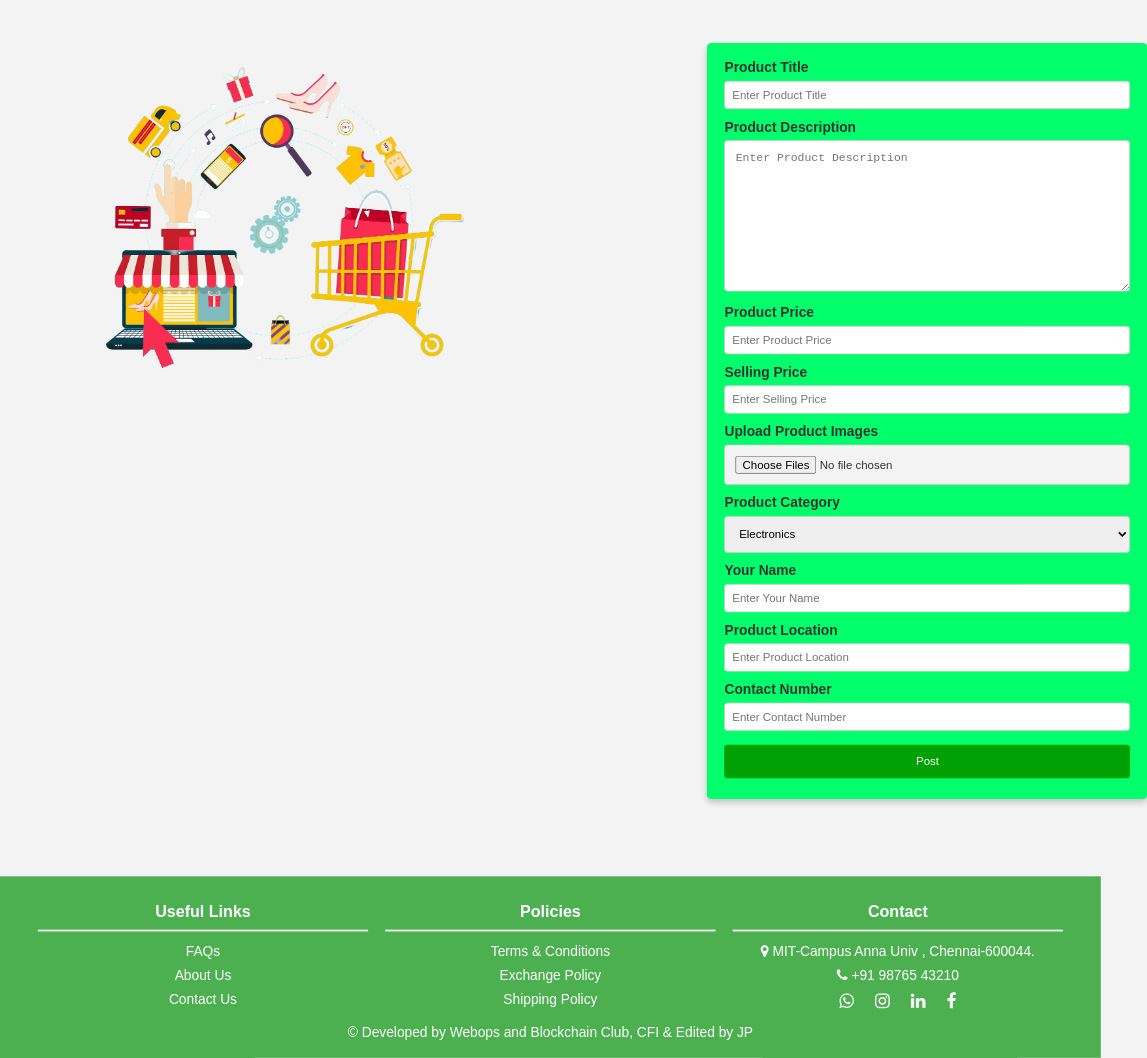
Repository: John-Prabu-A/web-dev-summer-school
Page: Session_1_Assignment/sell.html
These files come from the project's save history. The page is drawn as it stood at one moment and after the next save; the edit follows.
The browser window is 1280 px wide. The page is 1334 px wide, then 1280 px, so the pictures cover 1334 px, including what lies to the right of the window. The pictures show the whole page, at 86% of full size.

Above is the page before, as saved 2024-06-20 15:39:03.

### Session_1_Assignment/sell.html
<!DOCTYPE html>
<html lang="en">

<head>
    <meta charset="UTF-8">
    <meta name="viewport" content="width=device-width, initial-scale=1.0">
    <title>InstiOLX</title>
    <link rel="stylesheet" href="Styles.css">
    <link rel="stylesheet" href="https://cdnjs.cloudflare.com/ajax/libs/font-awesome/4.7.0/css/font-awesome.min.css">

    <style>
        body {
            font-family: Arial, Helvetica, sans-serif;
            background-color: #f3f3f3;
        }

        img {
            display:inline-block;
            position: relative;
            padding: 16px;
            bottom: 30dvw;
            width: 50dvw;
            height: auto;
            z-index: -1;
        }

        .container {
            display:inline-block;
            position: relative;
            padding: 16px;
            background-color: white;
            left: 10dvw;
            margin: 50px;
            width: 40%;
            border-radius: 10px;
            box-shadow: 0 4px 8px 0 rgba(0, 0, 0, 0.2);
        }

        input[type=text],
        select,
        textarea {
            width: 100%;
            padding: 8px;
            border: 1px solid #ccc;
            border-radius: 4px;
            box-sizing: border-box;
            margin-top: 6px;
            margin-bottom: 12px;
            resize: vertical;
        }

        button {
            background-color: #00a105;
            color: white;
            padding: 12px 20px;
            margin: 4px 0;
            border: none;
            border-radius: 4px;
            cursor: pointer;
            width: 100%;
        }

        button:hover {
            background-color: #007506;
        }

        .container {
            border-radius: 5px;
            background-color: #00ff6a;
            padding: 20px;
        }

        .container label {
            font-weight: bold;
        }

        .container select {
            width: 100%;
            padding: 12px;
            border: 1px solid #ccc;
            border-radius: 4px;
            box-sizing: border-box;
            margin-top: 6px;
            margin-bottom: 12px;
            resize: vertical;
        }

        .container textarea {
            width: 100%;
            padding: 12px;
            border: 1px solid #ccc;
            border-radius: 4px;
            box-sizing: border-box;
            margin-top: 6px;
            margin-bottom: 12px;
            resize: vertical;
        }

        .container input[type=file] {
            width: 100%;
            padding: 12px;
            border: 1px solid #ccc;
            background-color: #f3f3f3;
            border-radius: 4px;
            box-sizing: border-box;
            margin-top: 6px;
            margin-bottom: 12px;
            resize: vertical;
        }
    </style>
</head>

<body>
    <img src="/Session_1_Assignment/sell-page-bg.png" alt="sell-page-image">
    <form action="" class="container" method="post">
        <label for="product-title"><b>Product Title</b></label>
        <input type="text" placeholder="Enter Product Title" name="product-title" required>

        <Lable for="product-description"><b>Product Description</b></Lable>
        <textarea name="product-description" id="product-description" cols="30" rows="10"
            placeholder="Enter Product Description" required></textarea>

        <label for="product-price"><b>Product Price</b></label>
        <input type="text" placeholder="Enter Product Price" name="product-price" required>

        <label for="selling-price"><b>Selling Price</b></label>
        <input type="text" placeholder="Enter Selling Price" name="selling-price" required>

        <!-- multiple photo upload -->
        <label for="product-image"><b>Upload Product Images</b></label>
        <input type="file" name="product-image" id="product-image" multiple required>

        <label for="product-category"><b>Product Category</b></label>
        <select name="product-category" id="product-category" required>
            <option value="electronics">Electronics</option>
            <option value="furniture">Furniture</option>
            <option value="vehicles">Vehicles</option>
            <option value="clothing">Clothing</option>
            <option value="books">Books</option>
            <option value="miscellaneous">Miscellaneous</option>
            <option value="other">Other</option>
        </select>

        <label for="seller-name"><b>Your Name</b></label>
        <input type="text" placeholder="Enter Your Name" name="seller-name" required>

        <label for="product-location"><b>Product Location</b></label>
        <input type="text" placeholder="Enter Product Location" name="product-location" required>

        <label for="product-contact"><b>Contact Number</b></label>
        <input type="text" placeholder="Enter Contact Number" name="product-contact" required>

        <button type="submit">Post</button>
    </form>
    <footer class="footer">
        <div class="footer-container">
            <div class="footer-column">
                <h3>Useful Links</h3>
                <ul>
                    <li><a href="#">FAQs</a></li>
                    <li><a href="#">About Us</a></li>
                    <li><a href="#">Contact Us</a></li>
                </ul>
            </div>
            <div class="footer-column">
                <h3>Policies</h3>
                <ul>
                    <li><a href="#">Terms & Conditions</a></li>
                    <li><a href="#">Exchange Policy</a></li>
                    <li><a href="#">Shipping Policy</a></li>
                </ul>
            </div>
            <div class="footer-column">
                <h3>Contact</h3>
                <p><i class="fa fa-map-marker"></i> MIT-Campus Anna Univ , Chennai-600044.</p>
                <p><i class="fa fa-phone"></i> +91 98765 43210</p>
                <div class="social-icons">
                    <a href="#" class="fa fa-whatsapp"></a>
                    <a href="#" class="fa fa-instagram"></a>
                    <a href="#" class="fa fa-linkedin"></a>
                    <a href="#" class="fa fa-facebook"></a>
                </div>
            </div>
            © Developed by Webops and Blockchain Club, CFI & Edited by JP
        </div>
    </footer>
</body>

</html>

### Session_1_Assignment/Styles.css
* {
    box-sizing: border-box;
    margin: 0;
    padding: 0;
}

body {
    font-family: 'Gill Sans', 'Gill Sans MT', Calibri, 'Trebuchet MS', sans-serif;
    background-color: white;
    color: #333;
}

header{
    background-color: #4CAF50;
    color: white;
    padding: 20px;
    display: flex;
    justify-content: space-between;
    align-items: center;
    position: fixed;
    width: 100%;
    z-index: 100;
  }
  header #logo {
    font-size: 2em;
  }

  header .navbar a{
    color: white;
    font-weight: bold;
    font-size: 18px;
    padding: 12px 15px;
    text-decoration: none;
  }
  header .navbar a:hover{
    background-color: #45a049;
  }
.banner {
    position: relative;
    padding: 60px 0 0 0;
}

.banner img {
    width: 100%;
}

.search-bar {
    margin: 20px;
    display: flex;
    justify-content: center;
}

.search-bar input[type="text"] {
    width: 300px;
    padding: 10px;
    border: 2px solid #4CAF50;
    border-radius: 5px 0 0 5px;
    border-right: 0;
    outline: none;             /*On starting to type it creates balck border by default,so to avoid it v use this*/
}

.search-bar button {
    padding: 10px 20px;
    border: 2px solid #4CAF50;
    border-left: 0;
    background-color: #4CAF50;
    color: white;
    cursor: pointer;
    border-radius: 0 5px 5px 0;
}

.search-bar button:hover {
    background-color: #45a049;
}

.slideshow-container {
    display: flex;
    justify-content: center;
    gap: 50px;
    flex-wrap: wrap;
}

.slideshow {
    position: relative;
    width: 350px;
    height: 350px;
    overflow: hidden;
    border-radius: 20px;
    border: 2px solid #ddd;
    box-shadow: 0 0 10px rgba(0, 0, 0, 0.1);
}

.slideshow-image {
    position: absolute;
    width: 100%;
    height: 100%;
    background-size: cover;
    opacity: 0;
    animation-iteration-count: infinite;
}

.image1 { background-image: url('https://encrypted-tbn0.gstatic.com/images?q=tbn:ANd9GcQVwGVsuaL7RGKo6A_Sqq83s5_6XYFMhHsjug&s');
          animation-name: fade1;
          animation-duration: 4s; }
.image2 { background-image: url('https://5.imimg.com/data5/WS/NI/FV/SELLER-11710265/mad-maxx-bicycles-avengers-single-kids-cycle-500x500.jpg');
          animation-name: fade2;
          animation-duration: 4s; }
.image3 { background-image: url('https://5.imimg.com/data5/SELLER/Default/2022/7/YX/MH/UK/153492086/pulsar-150cc-twin-disk-500x500.png');
          animation-name: fade3;
          animation-duration: 4s; }
.image4 { background-image: url('https://cpimg.tistatic.com/07673503/b/4/Toyota-Innova-Crysta.jpg');
          animation-name: fade1;
          animation-duration: 4s; }
.image5 { background-image: url('https://tiimg.tistatic.com/fp/1/007/862/most-advanced-modern-premium-lg-7-kg-front-fully-automatic-washing-machine-255.jpg');
          animation-name: fade2;
          animation-duration: 4s; }
.image6 { background-image: url('https://5.imimg.com/data5/SELLER/Default/2022/3/MI/KE/UL/19250422/whirlpool-1-0-ton-3-star-inverter-split-ac-500x500.jpg');
          animation-name: fade3;
          animation-duration: 4s; }
.image7 { background-image: url('https://5.imimg.com/data5/SELLER/Default/2021/8/HZ/XR/AC/8962391/household-vacuum-cleaner-500x500.jpg');
          animation-name: fade1;
          animation-duration: 4s; }
.image8 { background-image: url('https://static.nbastore.in/resized/500X500/50/nba-authentic-series-indoor-outdoor-basketball-size-7-brown-65146fd7e6af2.jpg');
          animation-name: fade2;
          animation-duration: 4s; }
.image9 { background-image: url('https://m.media-amazon.com/images/I/61KOc8c4xQL._SL1200_.jpg');
          animation-name: fade3;
          animation-duration: 4s; }

@keyframes fade1 {
    0%, 33.33% { opacity: 1; }
    33.34%, 100% { opacity: 0; }
}
@keyframes fade2 {
    0%, 33.33% { opacity: 0; }
    33.34%, 66.66% { opacity: 1; }
    66.67%, 100% { opacity: 0; }
}
@keyframes fade3 {
    0%, 66.66% { opacity: 0; }
    66.67%, 100% { opacity: 1; }
}

.container {
    position: relative;
    max-width: 100%;
  }

    .image {
        opacity: 1;
        display: block;
        width: 100%;
        height: auto;
    }

  .middle {
    opacity: 0;
    position: absolute;
    top: 50%;
    left: 50%;
    transform: translate(-50%, -50%);
    text-align: center;
  }
  .text {
    color: #4CAF50;
    font-size: 16px;
    padding: 16px 32px;
    font-weight: bold;
  }
  .container:hover .image {
    opacity: 0.3;
  }

  .container:hover .middle {
    opacity: 1;
  }


.product-listings {
    display: flex;
    flex-wrap: wrap;
    justify-content: center;
    margin: 20px;
    border: 5px solid #4CAF50;
    border-radius: 15px;
    padding: 25px;
}

.product {
    background-color: white;
    border: 2px solid #e0e0e0;
    border-radius: 10px;
    margin: 30px;
    padding: 15px;
    width: 220px;
    text-align: center;
    transition: transform 0.5s, box-shadow 0.3s;
}

.product:hover {
    box-shadow: 0 4px 8px rgba(0, 0, 0, 0.2);
    transform: scale(1.05);
}

.product img {
    max-width: 100%;
    border-bottom: 1px solid #e0e0e0;
    margin-bottom: 10px;
}

.product-info h2 {
    font-size: 1.2em;
    margin-bottom: 10px;
    color: #4CAF50;
}

.product-info p {
    font-size: 1em;
    color: #777;
}

.footer {
    background-color: #4CAF50;
    color: white;
    text-align: center;
    padding: 20px 0;
    margin-top: 40px;
}

.footer-container {
    display: flex;
    flex-wrap: wrap;
    justify-content: center;
}

.footer-column {
    width: 30%;
    margin: 10px;
}

.footer-column h3 {
    border-bottom: 2px solid #fff;
    padding-bottom: 10px;
    margin-bottom: 15px;
}

.footer-column ul {
    list-style-type: none;
}

.footer-column ul li {
    margin: 10px ;
}

.footer-column ul li a {
    color: white;
    text-decoration: none;
}

.footer-column p {
    margin-top: 10px;
}

.footer-column .social-icons {
    margin-top: 10px;
}

.footer-column .social-icons a {
    color: white;
    text-decoration: none;
    margin: 0 10px;
    font-size: 20px;
}

After the next save:
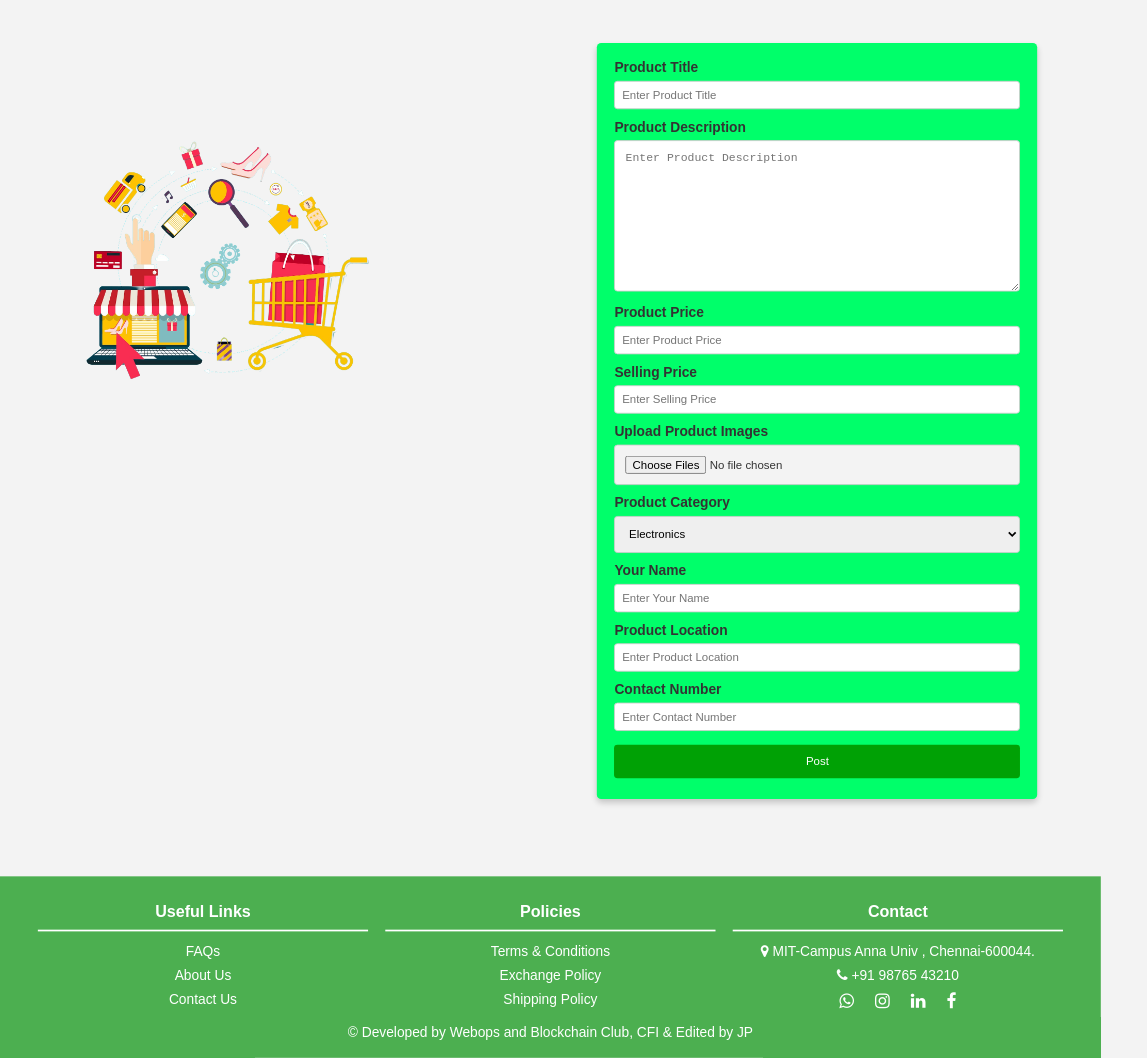
Saved 27 s later.
--- a/Session_1_Assignment/sell.html
+++ b/Session_1_Assignment/sell.html
@@ -19,9 +19,10 @@
             position: relative;
             padding: 16px;
             bottom: 30dvw;
-            width: 50dvw;
+            width: 40%;
             height: auto;
             z-index: -1;
+            box-sizing: border-box;
         }
 
         .container {
